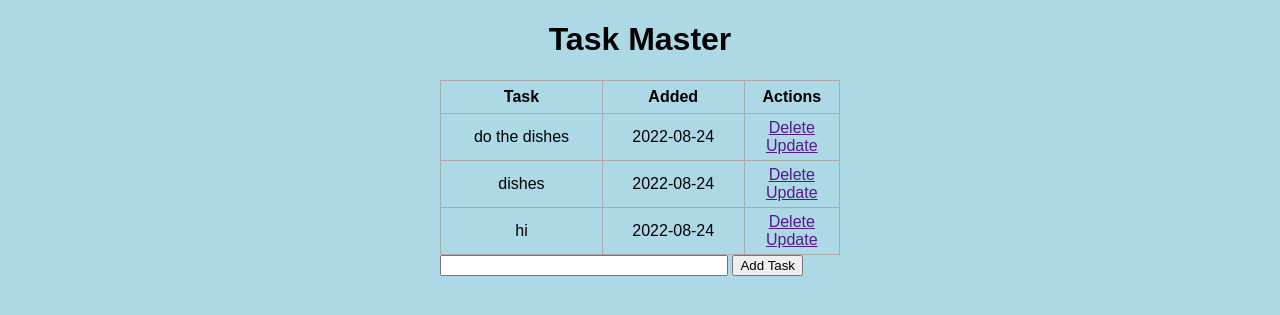
Repository: shaysnutss/FirstFlaskApp
Page: http://localhost/
These files come from the project's save history. The page is drawn as it stood at one moment and after a run of saves; the edit follows.
The browser window is 1280 px wide. The pictures show the whole page.
The page is served by the project's application, run on Flask 3 (app.py). The page reads the database file committed with the project.

Above is the page before, as saved 2022-08-25 02:13:07.

### templates/index.html
{% extends 'base.html' %}

{% block head %}

{% endblock %}

{% block body %}
<div class="content">
    <h1 style="text-align: center">Task Master</h1>
    <table>
        <tr>
            <th>Task</th>
            <th>Added</th>
            <th>Actions</th>
        </tr>
        {% for task in tasks %}
        <tr>
            <td>{{ task.content}}</td>
            <td>{{task.date_created.date()}}</td>
            <td>
                <a href="">Delete</a>
                <br>
                <a href="">Update</a>
            </td>
        </tr>
        {% endfor %}
    </table>
    <form action="/" method="POST">
        <input type="text" name="content" id="content">
        <input type="submit" value="Add Task">
    </form>

</div>
{% endblock %}

### templates/base.html
<!DOCTYPE html>
<html lang="en">
<head>
    <meta charset="UTF-8">
    <meta http-equiv="X-UA-Compatible" content="IE=edge">
    <meta name="viewport" content="width=device-width, initial-scale=1.0">
    <link rel="stylesheet" href="{{ url_for('static',filename='css/main.css')}}">
    {% block head %}{% endblock %}
</head>
<body>
    {% block body %}{% endblock %}
</body>
</html>

### app.py
from flask import Flask, redirect, render_template, request, url_for
from flask_sqlalchemy import SQLAlchemy
from datetime import datetime

app = Flask(__name__)

app.config['SQLALCHEMY_DATABASE_URI' ] = 'sqlite:///test.db'
db = SQLAlchemy(app)

class Todo(db.Model):
    id = db.Column(db.Integer, primary_key=True)
    content = db.Column(db.String(200), nullable=False)
    completed = db.Column(db.Integer, default=0)
    date_created = db.Column(db.DateTime, default=datetime.utcnow)

def __repr__(self):
    return '<Task %r> ' % self.id

@app.route('/', methods =['POST', 'GET'])
def index():
    if request.method == 'POST':
        task_content = request.form['content']
        new_task = Todo(content=task_content)
        try:
            db.session.add(new_task)
            db.session.commit()
            return redirect('/')
        except:
            return 'There was an issue adding your task'
    else:
        tasks = Todo.query.order_by(Todo.date_created).all()
        return render_template('index.html', tasks = tasks)

@app.route('/delete/<int:id>')
def delete(id):
    task_to_delete = Todo.query.get_or_404(id)
    try:
        db.session.delete(task_to_delete)
        db.session.commit()
        return redirect('/')
    except:
        return 'There was a problem deleting that task'

if __name__ == '__main__':
    app.run(debug=True)

### static/css/main.css
body,
html {
    margin: 0;
    font-family: sans-serif;
    background-color: lightblue;
}

.content {
    margin: 0 auto;
    width: 400px;
}

table,
td,
th {
    border: 1px solid #aaa;
}

table {
    border-collapse: collapse;
    width: 100%;
}

th {
    height: 30px;
}

td {
    text-align: center;
    padding: 5px;
}

.form {
    margin-top: 20px;
}

#content {
    width: 70%;
}

### test.db (the tables this page reads, as SQL)
CREATE TABLE todo (
	id INTEGER NOT NULL, 
	content VARCHAR(200) NOT NULL, 
	completed INTEGER, 
	date_created DATETIME, 
	PRIMARY KEY (id)
);
INSERT INTO "todo" VALUES
(1, 'do the dishes', 0, '2022-08-24 17:51:53.681158'),
(2, 'dishes', 0, '2022-08-24 17:52:19.046907'),
(3, 'hi', 0, '2022-08-24 17:53:48.073268');

After the next 4 saves:
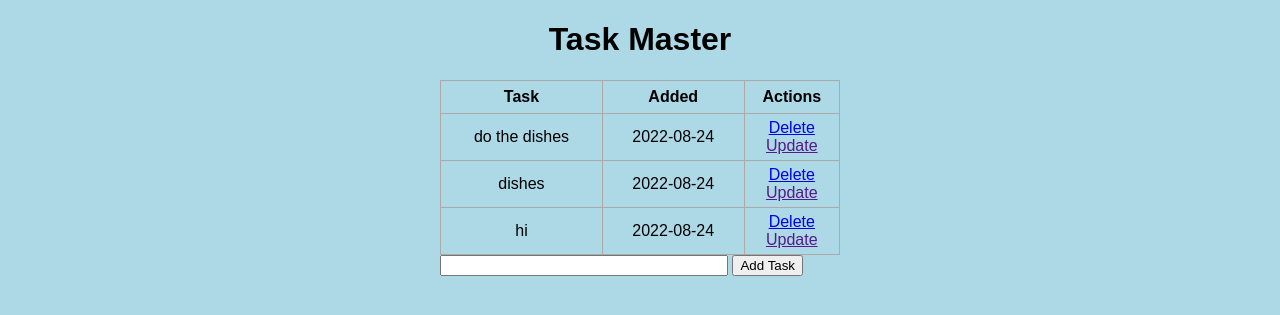
The 4 saves are shown as one change because they came seconds apart.
The last was saved 103 s later.
--- a/templates/index.html
+++ b/templates/index.html
@@ -18,7 +18,7 @@
             <td>{{ task.content}}</td>
             <td>{{task.date_created.date()}}</td>
             <td>
-                <a href="">Delete</a>
+                <a href="/delete/{}">Delete</a>
                 <br>
                 <a href="">Update</a>
             </td>
